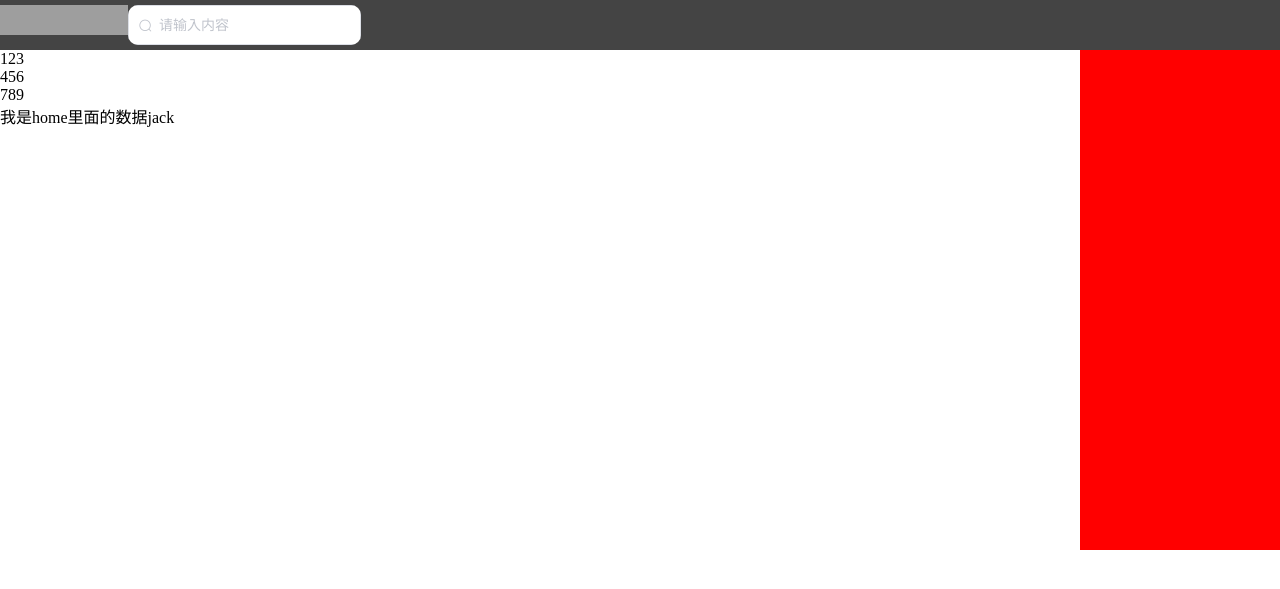
Repository: jinggegeZ/cnode
Page: /
These files come from the project's save history. The page is drawn as it stood at one moment and after the next save; the edit follows.
The browser window is 1280 px wide. The pictures show the whole page.
Pictures or frames that could not be fetched are drawn as grey boxes. The project was rebuilt for these pictures with package versions that can differ from the ones it lists, and the page was loaded fresh each time.

Above is the page before, as saved 2020-06-05 11:42:57.

### src/main.js
import Vue from 'vue'
import App from './App.vue'
import router from './router'
import store from './store'
import ElementUI from 'element-ui'
import 'element-ui/lib/theme-chalk/index.css'


Vue.config.productionTip = false
Vue.use(ElementUI);
new Vue({
  router,
  store,
  render: h => h(App)
}).$mount('#app')

### src/App.vue
<template>
  <div id="app">
    <router-view/>
  </div>
</template>

<style lang="scss">
   * {
  margin: 0;
  padding: 0;
 }
</style>

### src/router/index.js
import Vue from 'vue'
import VueRouter from 'vue-router'
import Home from '../views/Home.vue'
import layout from '../views/layout1/layout'

Vue.use(VueRouter)

  const routes = [
    {
      path:'/home',
      redirect:'/'
    },
  {
    path:'/',
    name:'layout',
    component: layout,
    children: [
      {
        path: '',
        name: 'Home',
        component: Home
      },
    ]
  },

  {
    path: '/about',
    name: 'About',
    component: () => import('../views/About.vue')
  },
  {
    path: '/parents',
    name: 'parents',
    component: () => import('../views/parents/parents.vue'),

  },
]

const router = new VueRouter({
  mode: 'history',
  base: process.env.BASE_URL,
  routes
})

export default router

### src/store/index.js
import Vue from 'vue'
import Vuex from 'vuex'

Vue.use(Vuex)

export default new Vuex.Store({
  state: {
    name:'jack'
  },
  mutations: {
  },
  actions: {
  },
  modules: {
  }
})

### src/views/Home.vue
<template>
 <div>
  <div>123</div>
  <div>456</div>
  <div>789</div>
  <div>我是home里面的数据{{name}}</div>
 </div>
</template>

<script>

 export default {
   data () {
     return {

     }
   },
   components: {

   },
   methods: {

   },
   mounted() {

   },
   watch: {

   },
   computed: {
     name() {
       return this.$store.state.name
     }
   }
 }
</script>

<style scoped>

</style>

### src/views/layout1/layout.vue
<template>
 <div>
    <div class="container">

            <div class="top">
            <top></top>
            </div>

        <div class="content">
            <div>
                <router-view></router-view>
            </div>
            <div class="right">
                <right></right>
            </div>
        </div>
        <div class="below">
            <below></below>
        </div>
    </div>
 </div>
</template>

<script>
    import top from '../../components/top/top'
    import right from '../../components/right/right'
    import below from '../../components/below/below'
 export default {
     name:'layout',
   data () {
     return {

     }
   },
   components: {
       top,
       right,
       below,
   },
   methods: {

   },
   mounted() {

   },
   watch: {

   },
   computed: {
   }
 }
</script>

<style scoped>
    .container {
        width: 100%;
    }


</style>

### src/components/top/top.vue
<template>
  <div>
    <div class="top">
      <div class="box">
        <div class="b-left">
          <div>
            <img
              src="//static2.cnodejs.org/public/images/cnodejs_light.svg"
              alt
              width="128px"
              height="30px"
            />
          </div>
          <div class="ipt">
            <el-input placeholder="请输入内容" prefix-icon="el-icon-search" v-model="input2"></el-input>
          </div>
        </div>
        <div></div>
      </div>
    </div>
  </div>
</template>

<script>
export default {
  data() {
    return {};
  },
  components: {},
  methods: {},
  mounted() {},
  watch: {},
  computed: {}
};
</script>

<style scoped >
.top {
  width: 100%;
  height: 50px;
  background: rgb(68, 68, 68);
}
.box {
  max-width: 1400px;
  height: 50px;
  margin: 0 auto;
  display: flex;
  justify-content: space-between;
  align-items: center;
}
.b-left {
  display: flex;
}
.ipt {
  width: 233px;
  border-radius: 10px !important;
  overflow: hidden;
}
</style>

### src/components/right/right.vue
<template>
 <div>
    <div class="right"></div>
 </div>
</template>

<script>
 export default {
   data () {
     return {

     }
   },
   components: {

   },
   methods: {

   },
   mounted() {

   },
   watch: {

   },
   computed: {

   }
 }
</script>

<style scoped>
    .right {
        width: 200px;
        height: 500px;
        background: red;
        position: absolute;
        right: 0;
        top: 50px;
    }
</style>

### src/components/below/below.vue
<template>
 <div>
    <div class="foot">
        <div class="f-box"></div>
    </div>
 </div>
</template>

<script>
 export default {
   name: '',
   props: {
   },
   components: {

   },
   data () {
     return {

     }
   },
   methods: {

   },
   mounted() {

   },
   watch: {

   },
   computed: {

   }
 }
</script>

<style scoped>
    .foot {
        width: 100%;
        position: absolute;
        bottom: 0;
    }
    .f-box {
        width: 1400px;
        align-items: center;
        background: skyblue;
    }
</style>

Loaded but not shown: public/index.html (common file)

After the next save:
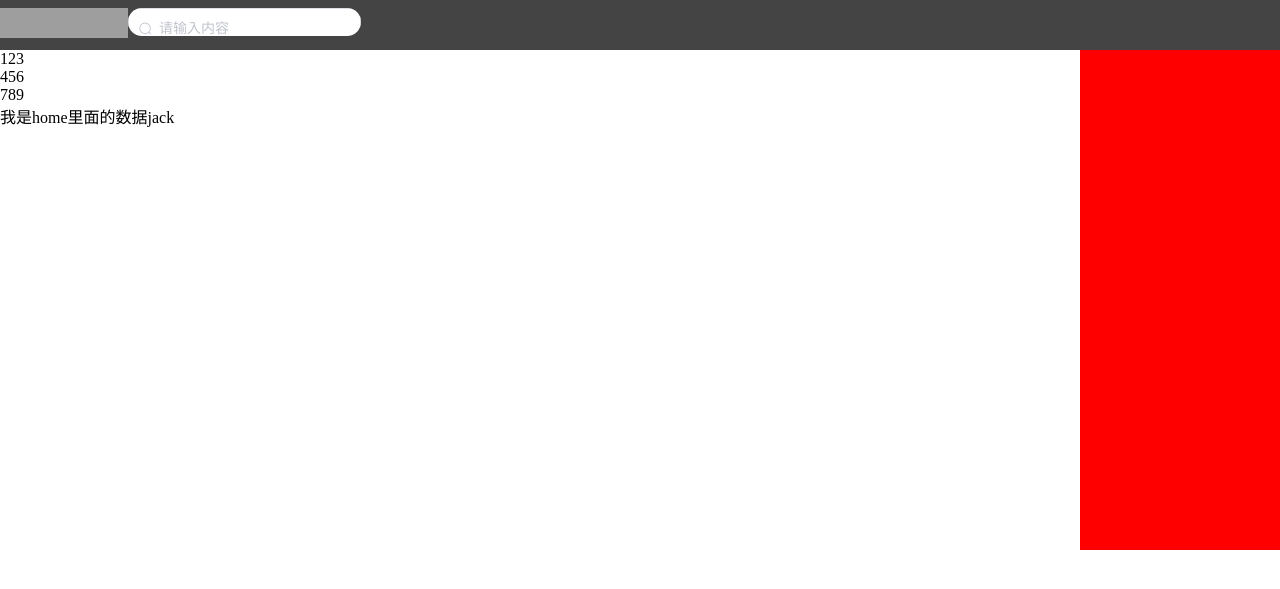
Saved 42 s later.
--- a/src/components/top/top.vue
+++ b/src/components/top/top.vue
@@ -53,7 +53,8 @@ export default {
 }
 .ipt {
   width: 233px;
-  border-radius: 10px !important;
+  height: 28px;
+  border-radius: 50px !important;
   overflow: hidden;
 }
 </style>
